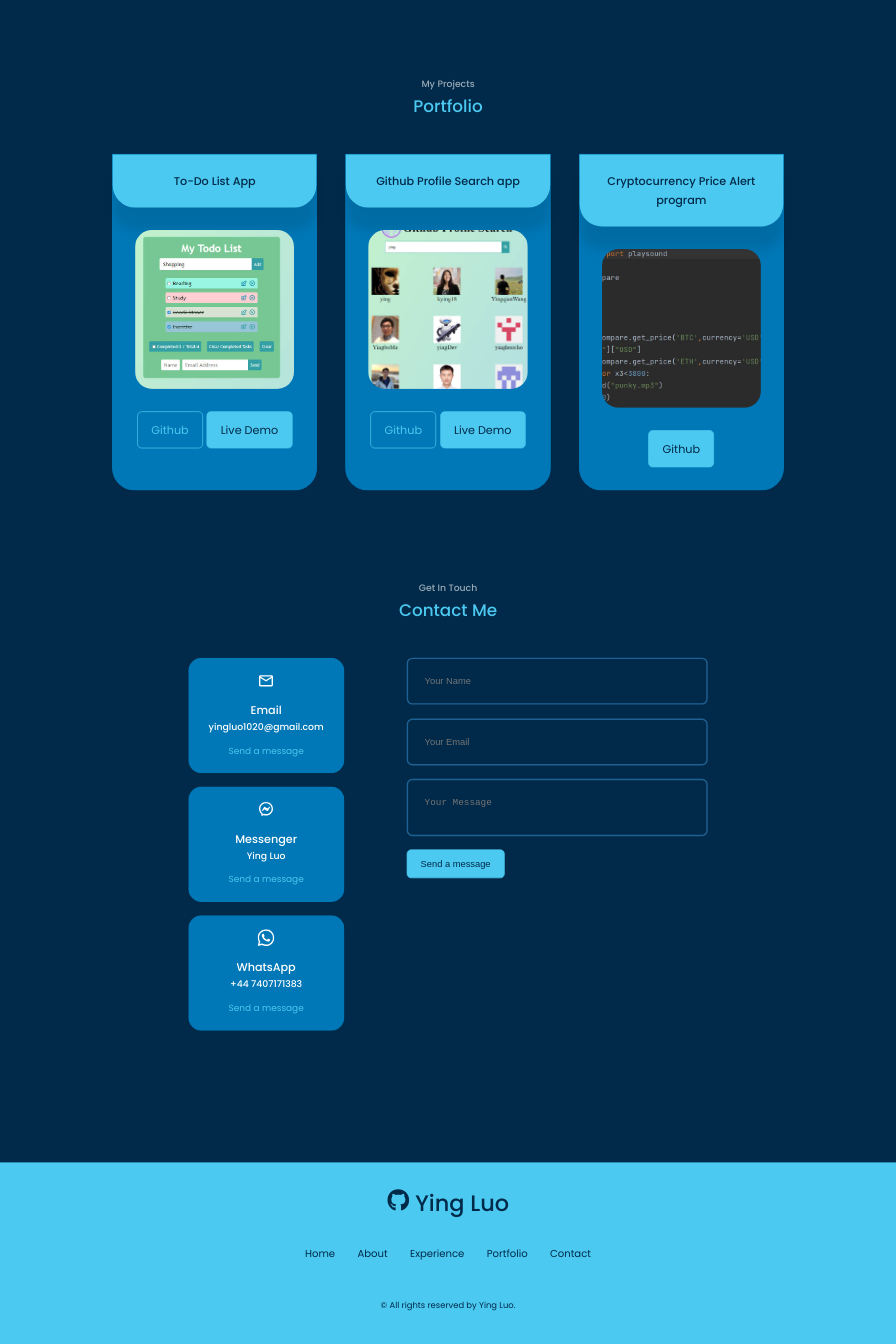
Repository: yingluo1020/react-portfolio-website
Page: /
The author's editor kept a copy of each file at every save. The page is drawn from the files as they stood at one save, then again after the next save.
The browser window is 1280 px wide. The pictures show the part of the page from y = 1772 to 3692 px (the page is 3743 px tall before and 4109 px after), at 70% of full size.
The project was rebuilt for these pictures with package versions that can differ from the ones it lists, and the page was loaded fresh each time. Imported but missing from the stored project, and not drawn on this page: src/assets/YingLuo-resume.pdf.

Above is the page before, as saved 2022-03-16 13:08:27.

After the next save:
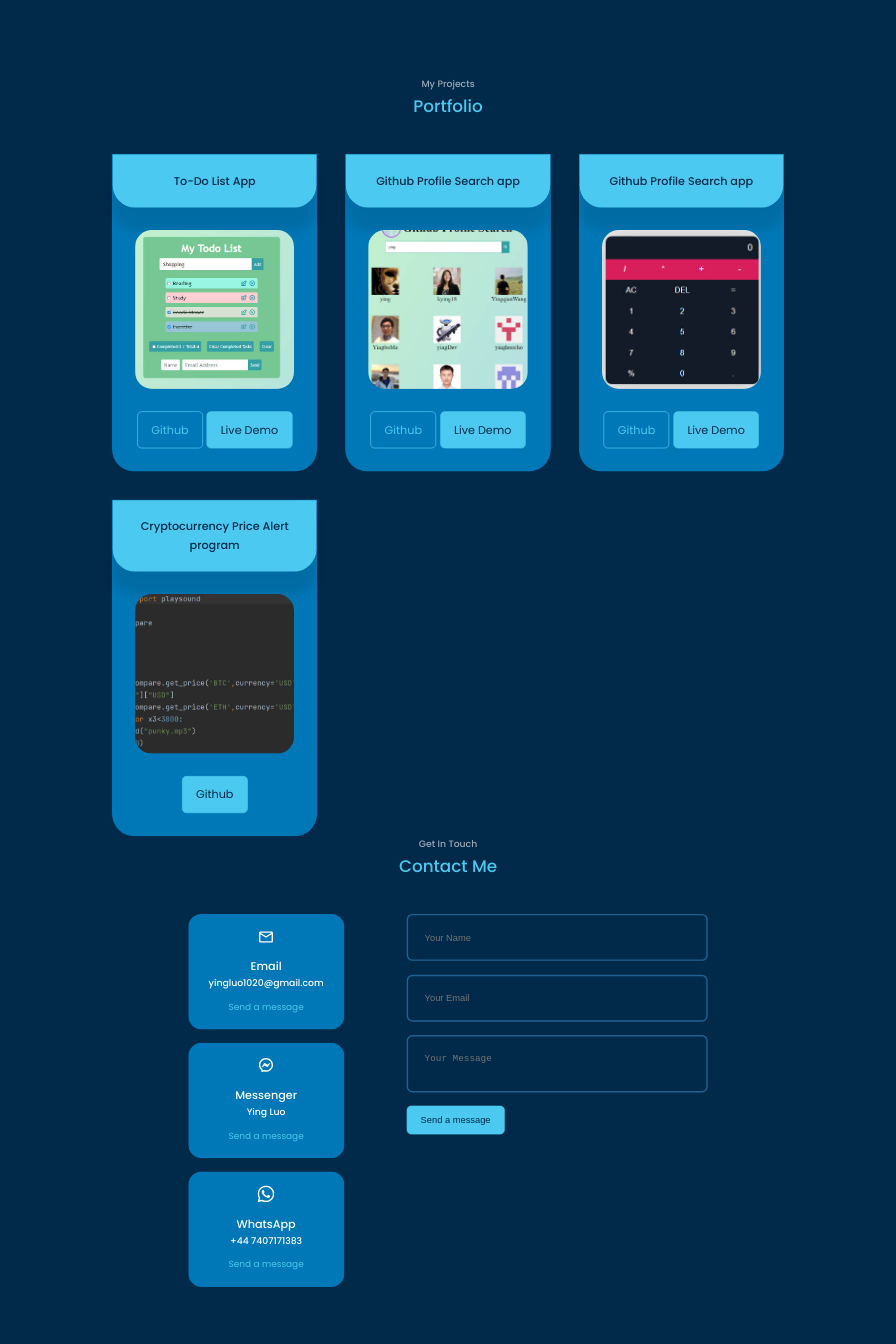
Saved 54 min 26 s later.
--- a/src/components/portfolio/Portfolio.js
+++ b/src/components/portfolio/Portfolio.js
@@ -2,7 +2,8 @@ import React from 'react'
 import './portfolio.css';
 import project1 from '../../assets/todo1.jpg'
 import project2 from '../../assets/search.jpg'
-import project3 from '../../assets/btc_alert.jpg'
+import project3 from '../../assets/calculator.jpg'
+import project4 from '../../assets/btc_alert.jpg'
 
 
 
@@ -45,12 +46,28 @@ function Portfolio() {
 
                 <article className='portfolio'>
                     <div className="portfolio_head">
+                        <h3 >Github Profile Search app</h3>
+                    </div>
+
+                    <div className="portfolio_body">
+                        <div className="portfolio_item-image">
+                            <img src={project3} alt="project1" />
+                        </div>
+                    </div>
+                    <div className="portfolio_link">
+                        <a href="https://github.com" target='_blank' className='btn '>Github</a>
+                        <a href="https://dribbble.com/Alien_pixels" target='_blank' className='btn btn-primary'>Live Demo</a>
+                    </div>
+                </article>
+
+                <article className='portfolio'>
+                    <div className="portfolio_head">
                         <h3 >Cryptocurrency Price Alert program</h3>
                     </div>
 
                     <div className="portfolio_body">
                         <div className="portfolio_item-image">
-                            <img src={project3} alt="project1" />
+                            <img src={project4} alt="project1" />
                         </div>
                     </div>
                     <div className="portfolio_link">
